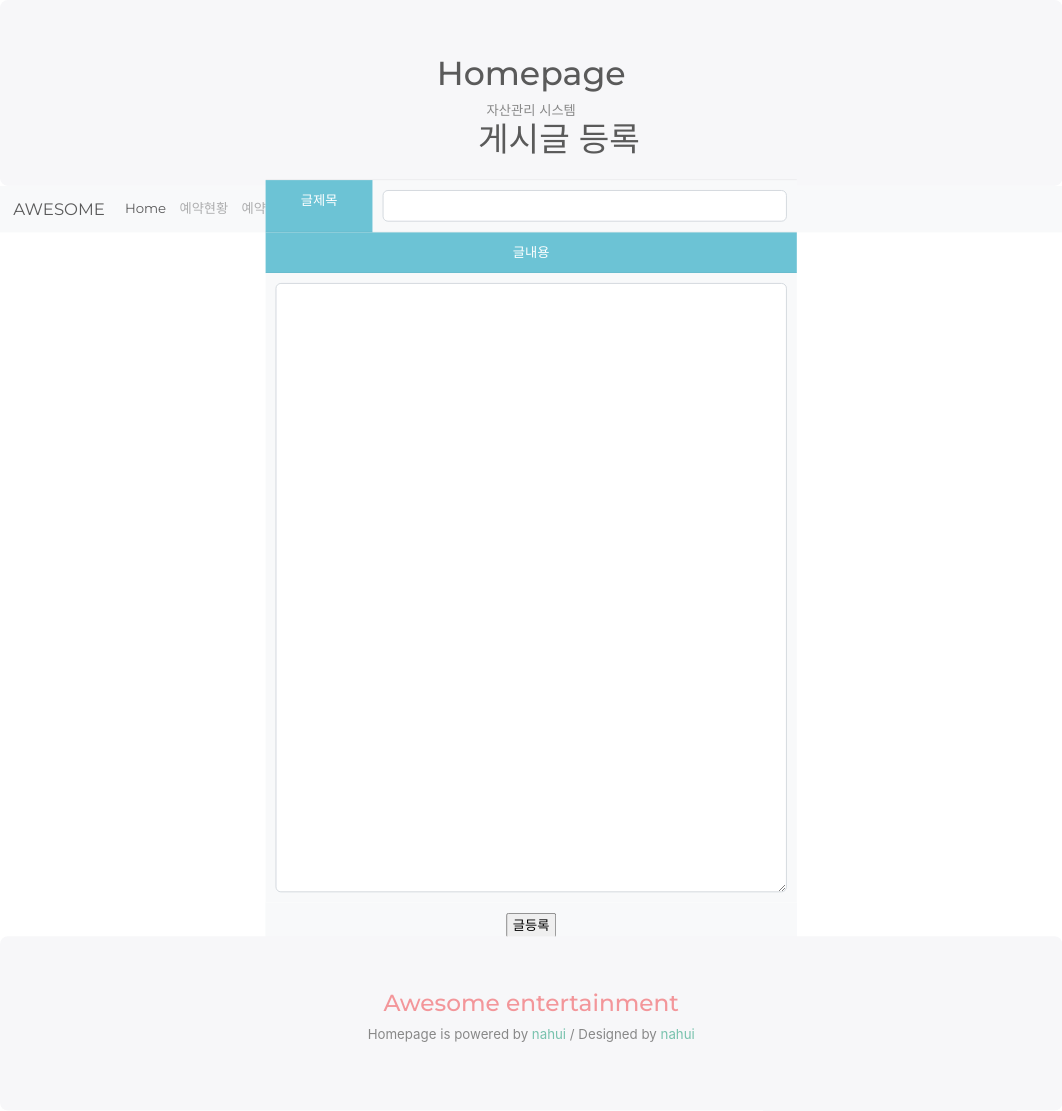
Repository: Nahui068/project1
Page: http://localhost/project1/WEB-INF/views/board_form.jsp
An editor plug-in stored every save of this project. The page is shown before and after the next save, followed by the edit.
The browser window is 1280 px wide. The pictures show the whole page, at 83% of full size.
The page is served by Tomcat 9. Nobody is signed in. The template is opened directly, without the code that normally fills it, so the values that code supplies are empty.

Above is the page before, as saved 2021-01-07 02:04:44.

After the next save:
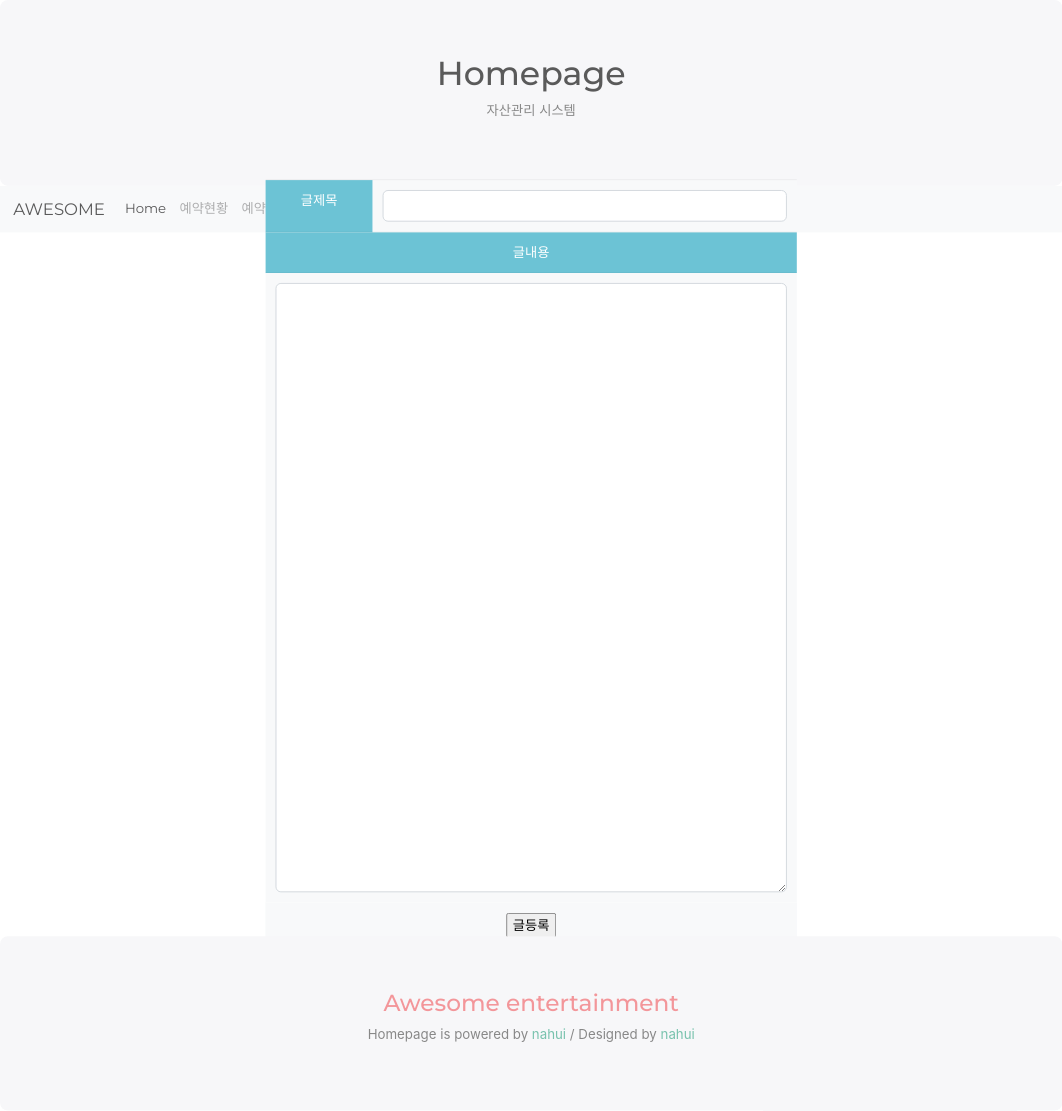
Saved 24 s later.
--- a/project1/src/main/webapp/WEB-INF/views/board_form.jsp
+++ b/project1/src/main/webapp/WEB-INF/views/board_form.jsp
@@ -9,7 +9,7 @@
 <title>글등록</title>
 </head>
 <body>
-<h1 style="position:absolute; top:20%; left:45%;"> 게시글 등록</h1>
+<h1 style="position:absolute; top:50%; left:45%;"> 게시글 등록</h1>
 
 <form method="post" action="/project1/board_insert">
 <table class="table table-hover" style="position:absolute; top:30%; left:25%; width:50%;">
